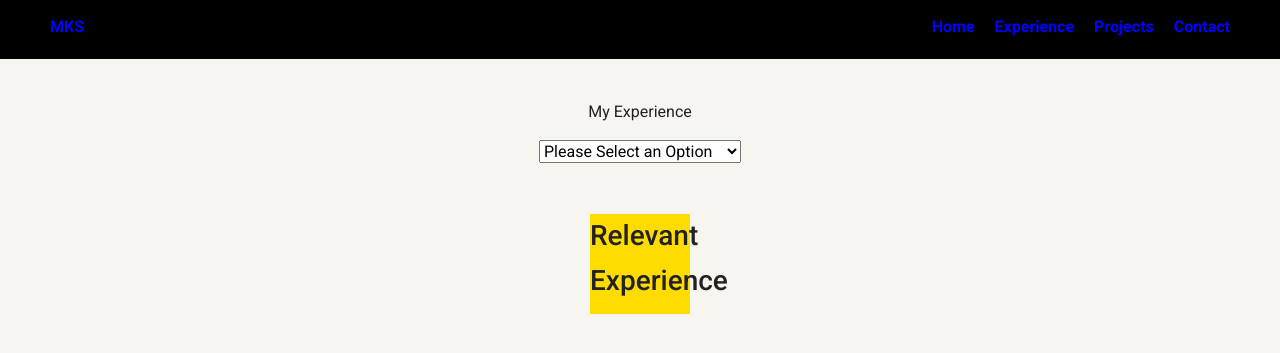
Repository: mskurnickcode/coupleDo
Page: ubuntu/pset8/homepage/experience.html
The author's editor kept a record of every edit. The page is drawn from the files as they stood at one moment, then again after the next edit.
The browser window is 1280 px wide. The pictures show the whole page.
Some web fonts or font styles are not loaded; a fallback is used.

Above is the page before.
Console error: TypeError: Cannot read properties of null (reading 'value')

### ubuntu/pset8/homepage/experience.html
<!DOCTYPE HTML>
<html lan= "en">
    <head>
        <link href="https://stackpath.bootstrapcdn.com/bootstrap/4.5.0/css/bootstrap.min.css" rel="stylesheet">
        <link href="https://fonts.googleapis.com/css?family=Muli%7CRoboto:400,300,500,700,900" rel="stylesheet">
        <link href="styles.css" rel="stylesheet">
        <title>Experience</title>
    </head>
     <div class="main-nav">
        <ul class="nav">
          <li class="name">MKS</li>
          <li><a href="index.html">Home</a></li>
          <li><a href="experience.html">Experience</a></li>
          <li><a href="projects.html">Projects</a></li>
          <li><a href="contact">Contact</a></li>
        </ul>
    </div>
    <div>
        <header class="below-nav">
            <p>
                My Experience
            </p>
        <select>
            <option value="initial" selected>Please Select an Option</option>
            <option value="education">Education Experience</option>
            <option value="ua">UA Experience</option>
            <option value="real estate">Real Estate Experience</option>
            <option value="programming">Programming Experience</option>
        </select>
        <main>
            <div class = "h3 experience" id = "experience">
                <p id="experience"> Relevant Experience </p>
            </div>
        </main>
        </header>
    </div>
    <script>
        let selector = document.querySelector('select')
        var x = document.getElementById("select").value;
        selector.onchange = function() {
            if (x === "education") {
                document.querySelector('#experience').innerHTML = "Education Experience"
            }
        }
    </script>

</html>

### ubuntu/pset8/homepage/styles.css
* {
  box-sizing: border-box;
}

body {
  margin: 0;
  padding: 0;
  text-align: center;
  font-family: 'Roboto', sans-serif;
  color: #222;
  background: #f7f5f0;
}

/* Link Styles */

a {
  text-decoration: none;
}
a:hover {
  color: #6633ff;
}

/* Section Styles */

.main-nav {
  width: 100%;
  background: black;
  min-height: 30px;
  padding: 10px;
  position: fixed;
  text-align: center;
}
.nav {
  display: flex;
  justify-content: space-around;
  font-weight: 700;
  list-style-type: none;
  margin: 0 auto;
  padding: 0;
  color: blue;
}
.nav .name {
  display: none;
  color: blue;
}
.nav li {
  padding: 5px 10px 10px 10px;
  color: blue;
}
.nav a {
  transition: all .5s;
  color: blue;
}
.nav a:hover {
  color: white
}

header {
  text-align: center;
  background-size: cover;
  overflow: hidden;
  padding-top: 60px;
}
header {
  line-height: 1.5;
}
header .profile-image {
  margin-top: 25px;
  margin-bottom: 10px;
  width: 150px;
  height: 150px;
  border-radius: 50%;
  border: 3px solid white;
  transition: all .5s;
}
header .profile-image:hover {
  transform: scale(1.2) rotate(360deg);
}
.tag {
  background-color: blue;
  color: black;
  padding: 25px;
  border-radius: 5px;
  display: table;
  margin: 10px auto;
}

.location {
  background-color: #222;
  color: white;
}
.card {
  margin: 30px;
  padding: 20px 40px 40px;
  max-width: 500px;
  text-align: left;
  background: #fff;
  border-bottom: 4px solid #ccc;
  border-radius: 6px;
}
.card:hover {
  border-color: #ff99ff;
}

ul.skills {
  padding: 0;
  text-align: center;
}

.skills li {
  border-radius: 6px;
  display: inline-block;
  background: #ff9904;
  color: white;
  padding: 5px 10px;
  margin: 2px;
}

.skills li:hover {
  transform: scale(1.25);
}

.skills li:nth-child(odd) {
  background: #0399ff;
}

footer {
  width: 100%;
  min-height: 30px;
  padding: 20px 40px 20px;
}

footer .copyright {
  padding: 20px 40px 20px;
  top: -8px;
  font-size: .75em;
  text-align:center;
  display: inline-block;
}

footer ul {
  margin: 10;
  padding: 25;
  display: inline-block;
}

footer ul li {
  padding: 20px 40px 20px;
  display: inline-block;
}

a.social {
  display: inline-block;
  text-indent: -9999px;
  margin-left: 5px;
  width: 30px;
  height: 30px;
  background-size: 30px 30px;
  opacity: .5;
  transition: all .25s;
}
.twitter {
  background-image: url(images/twitter.svg);
}
.linkedin {
  background-image: url(images/linkedin.svg);
}
.github {
  background-image: url(images/github.svg);
}
a.social:hover {
  opacity: 1;
}
.clearfix {
  clear: both;
}

/* Styles for larger screens */
@media screen and (min-width: 720px) {

  .flex {
      display: flex;
      max-width: 1200px;
      justify-content: space-around;
      margin: 0 auto;
  }

  header {
    min-height: 450px;
  }

  .nav {
    max-width: 1200px;

  }

  .nav .name {
    display: block;
    margin-right: auto;
    color: blue;
  }

  main {
    padding-top: 50px;
  }

  main p {
    line-height: 1.6em;
  }

  footer {
    font-size: 1.3em;
    max-width: 1200px;
    margin: 40px auto;
    text-align:center;
    display: inline;
  }

}

h3 {
color: red;
  letter-spacing: 5px;


}

.card-title {
text-align: center;
  border: solid black 3px;
  border-radius: 10px;
}

.submit {
  padding-top: 100px;
  max-width: 500px;
  display: inline;
  text-align: center;
  border-radius: 6px;
}

buttons {
  margin-top:100px;
  padding-top: 100px;
  text-align: center;
  border-radius: 6px;
}

.below-nav {
  text-align: center;
  padding-top: 100px ;
}

.experience {
 background-color: #FFDC00;
  width: 100px;
  height: 100px;
  margin: 0 auto;
}

After the next edit:
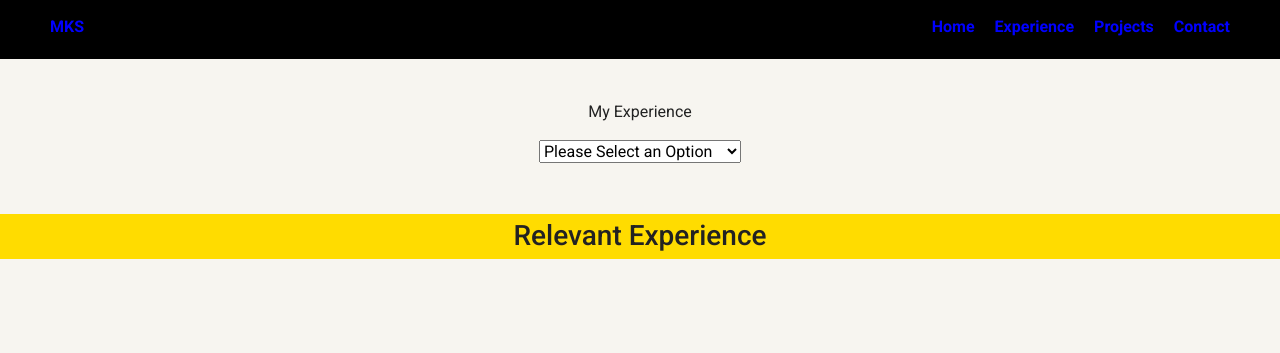
The edit:
--- a/ubuntu/pset8/homepage/styles.css
+++ b/ubuntu/pset8/homepage/styles.css
@@ -252,8 +252,8 @@
 }
 
 .experience {
- background-color: #FFDC00;
-  width: 100px;
-  height: 100px;
+   background-color: #FFDC00;
+  margin-top: 25px;
+  margin-bottom: 10px;
   margin: 0 auto;
 }
